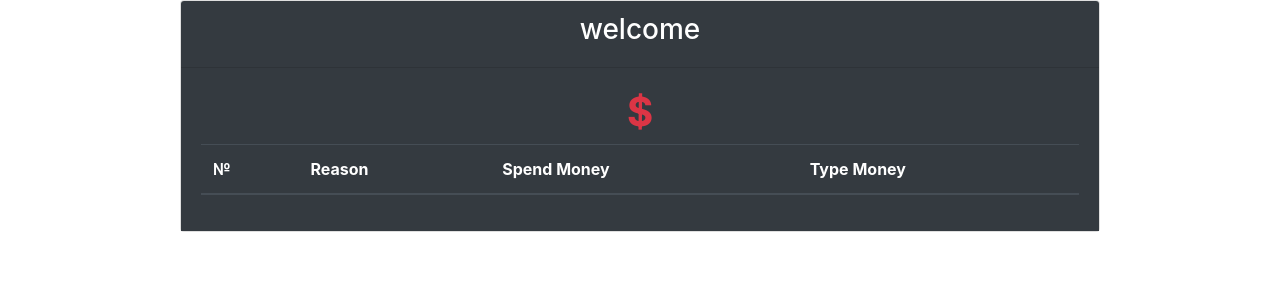
Repository: surefaceJS/allMyWorkInaliLinux
Page: hardcha/index.html
These files come from the project's save history. The page is drawn as it stood at one moment and after a run of saves; the edit follows.
The browser window is 1280 px wide. The pictures show the whole page.

Above is the page before, as saved 2021-04-19 11:39:16.

After the next 2 saves:
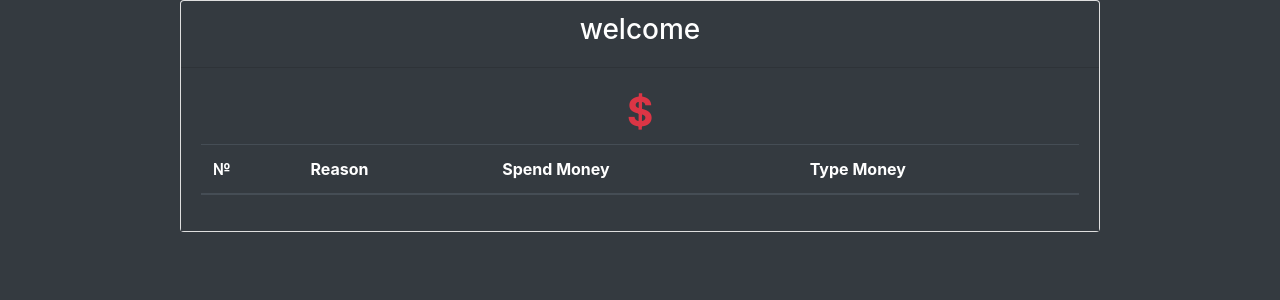
The 2 saves are shown as one change because they came seconds apart.
The last was saved 5 s later.
--- a/hardcha/index.html
+++ b/hardcha/index.html
@@ -11,7 +11,7 @@
     <link rel="stylesheet" href="css/main.css">
 </head>
 
-<body class="">
+<body class="bg-dark">
 
 
     <div class="container">
